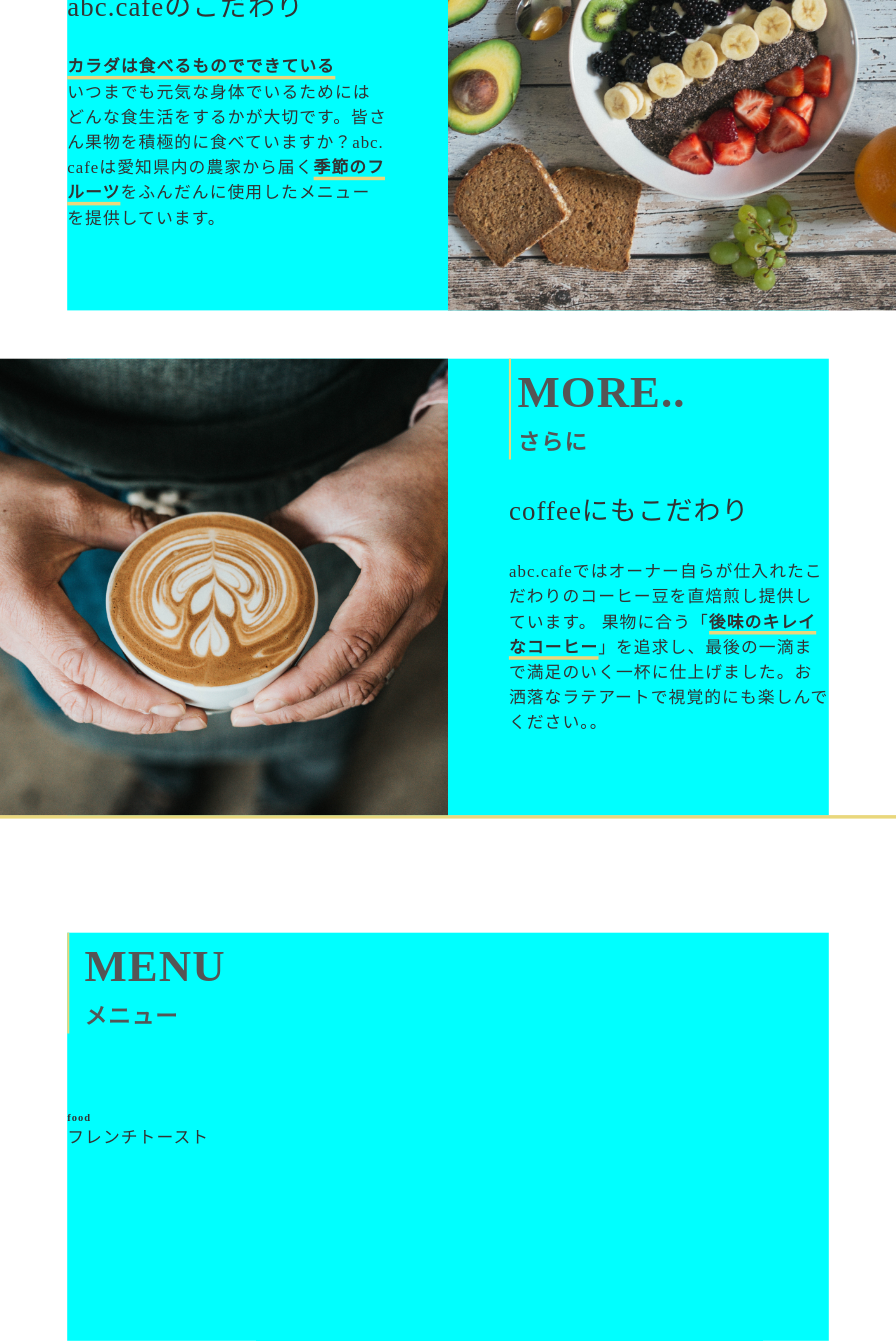
Repository: nozomi-23/lp1_test
Page: index.html
An editor plug-in stored every save of this project. The page is shown before and after the next save, followed by the edit.
The browser window is 1280 px wide. The pictures show the part of the page from y = 1819 to 3739 px (the page is 3734 px tall before and 3739 px after), at 70% of full size.

Above is the page before, as saved 2022-06-08 14:33:00.

After the next save:
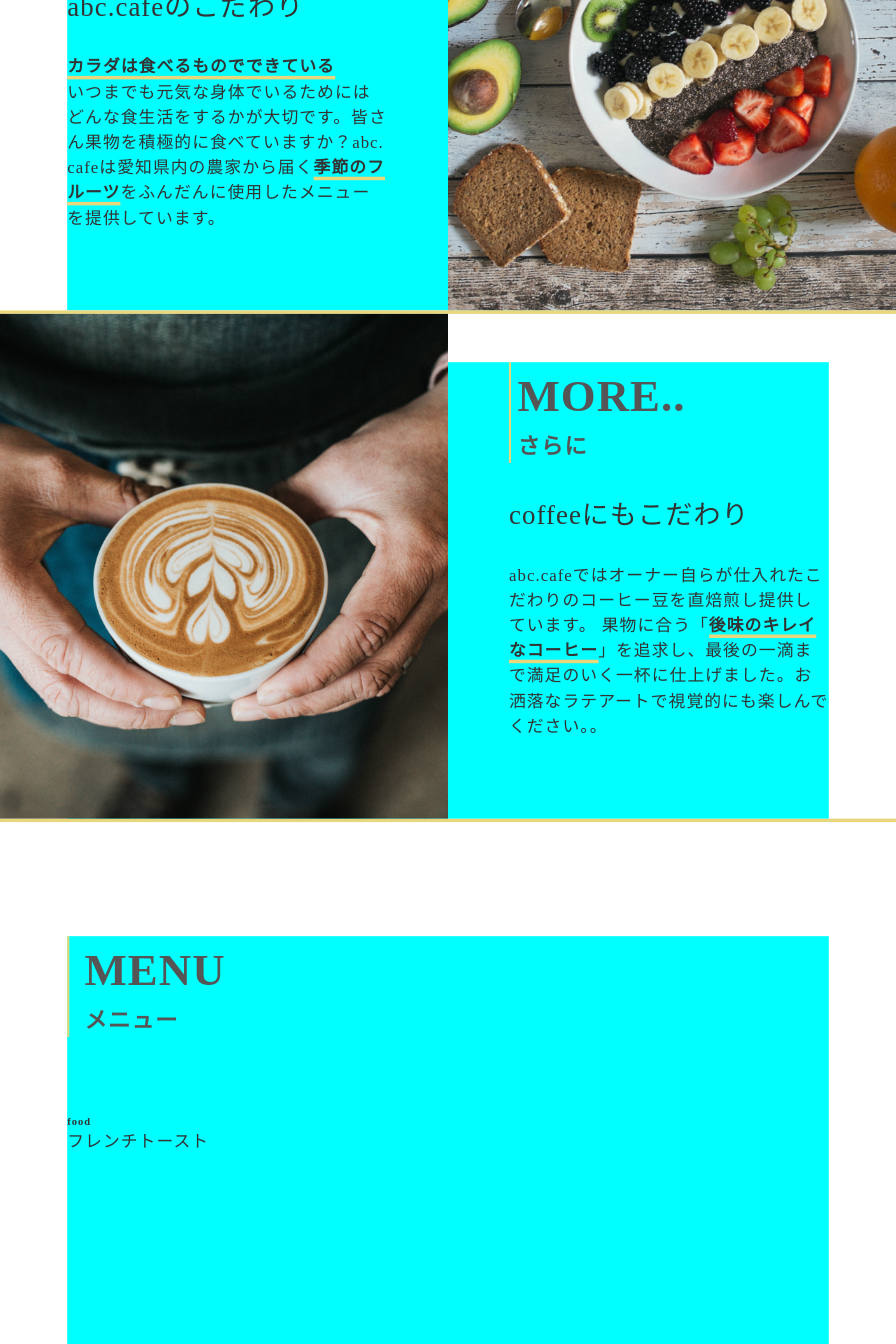
Saved 9 s later.
--- a/css/common.css
+++ b/css/common.css
@@ -40,7 +40,7 @@
   border-top: solid 5px #E9D77D;
 }
 .section_2  {
-
+  border-top: solid 5px #E9D77D;
 }
 
 /* =====================

After the save that followed:
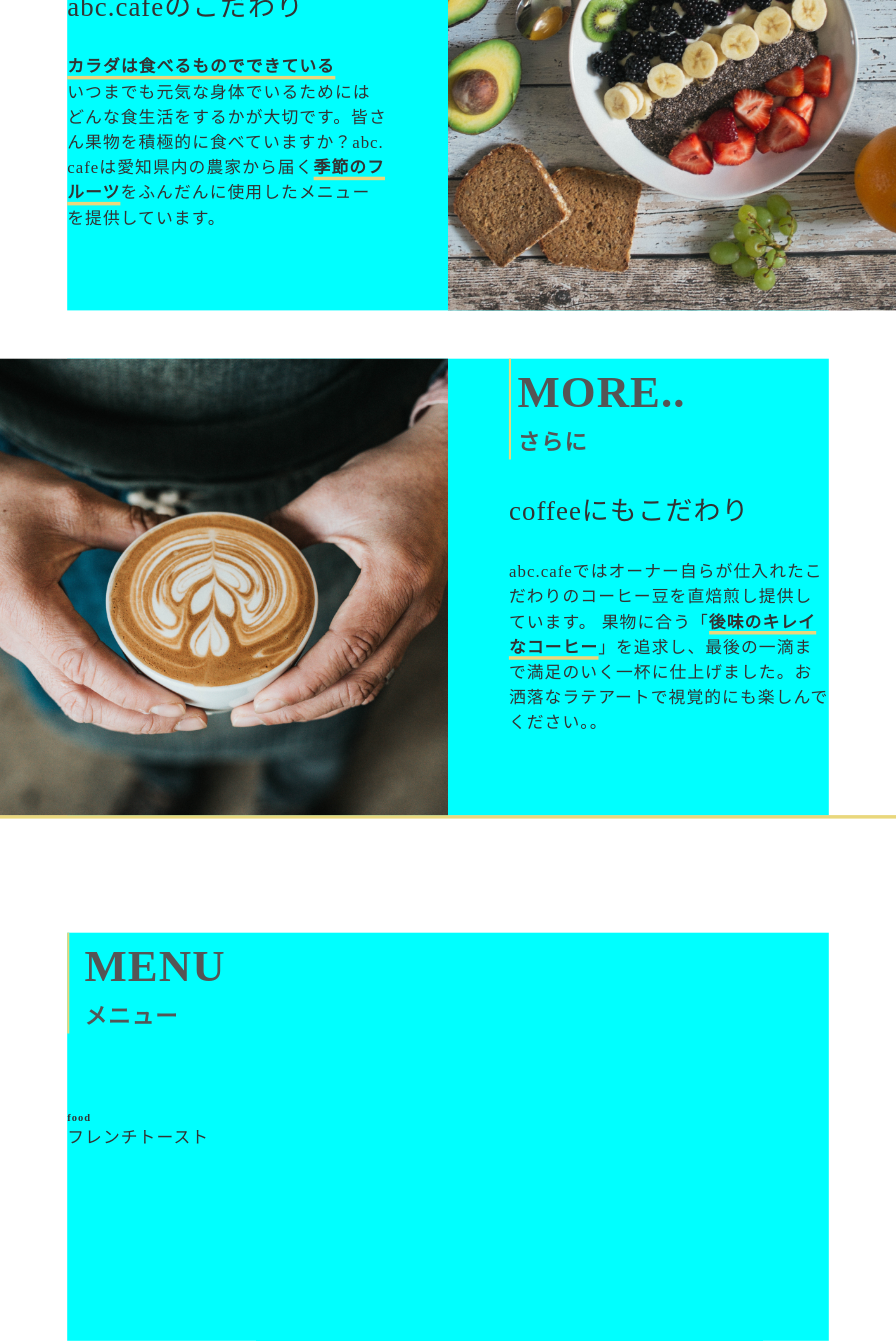
Saved 5 s later.
--- a/css/common.css
+++ b/css/common.css
@@ -40,7 +40,7 @@
   border-top: solid 5px #E9D77D;
 }
 .section_2  {
-  border-top: solid 5px #E9D77D;
+  border-top: ;
 }
 
 /* =====================
